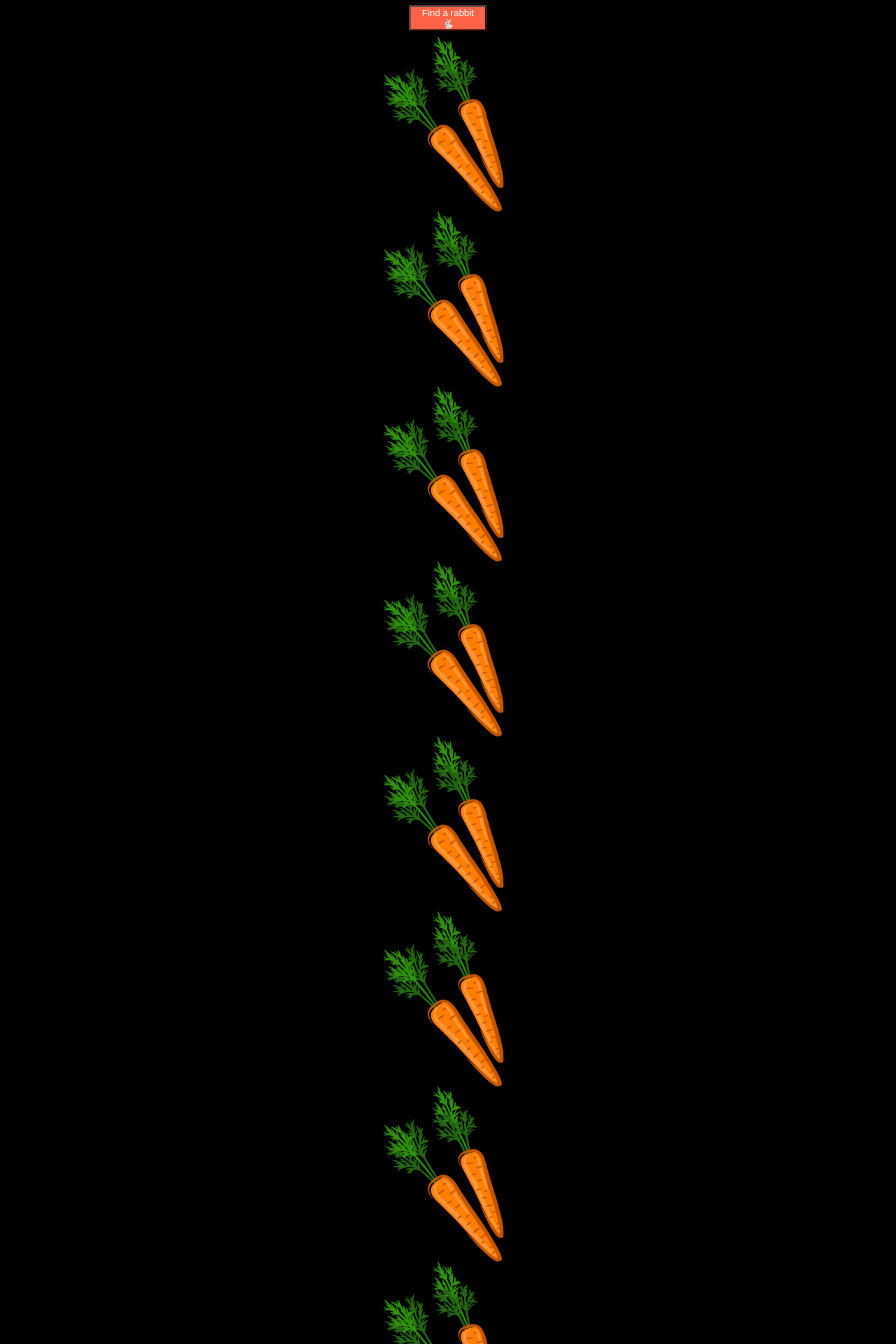
Repository: dhchun1203/browser-practice-works-
Page: rabbits/index.html
These files come from the project's save history. The page is drawn as it stood at one moment and after the next save; the edit follows.
The browser window is 1280 px wide. The pictures show the part of the page from y = 0 to 1920 px (the page is 8809 px tall before and 8891 px after), at 70% of full size.

Above is the page before, as saved 2021-01-04 12:46:42.

### rabbits/index.html
<!DOCTYPE html>
<html lang="en">
	<head>
		<meta charset="UTF-8" />
		<meta name="viewport" content="width=device-width, initial-scale=1.0" />
		<title>Scroll</title>
		<style>
			body {
				background-color: black;
				text-align: center;
			}
			button {
				width: 110px;
				margin-bottom: 8px;
				background-color: tomato;
				outline: none;
				color: white;
			}
			img {
				margin: auto;
				display: block;
			}
		</style>
	</head>
	<body>
		<button class="findBtn">Find a rabbit 🐇</button>
		<img src="img/carrot.png" alt="carrot" />
		<img src="img/carrot.png" alt="carrot" />
		<img src="img/carrot.png" alt="carrot" />
		<img src="img/carrot.png" alt="carrot" />
		<img src="img/carrot.png" alt="carrot" />
		<img src="img/carrot.png" alt="carrot" />
		<img src="img/carrot.png" alt="carrot" />
		<img src="img/carrot.png" alt="carrot" />
		<img src="img/carrot.png" alt="carrot" />
		<img src="img/carrot.png" alt="carrot" />
		<img src="img/carrot.png" alt="carrot" />
		<img src="img/carrot.png" alt="carrot" />
		<img src="img/carrot.png" alt="carrot" />
		<img src="img/carrot.png" alt="carrot" />
		<img src="img/carrot.png" alt="carrot" />
		<img src="img/carrot.png" alt="carrot" />
		<img src="img/carrot.png" alt="carrot" />
		<img src="img/carrot.png" alt="carrot" />
		<img src="img/carrot.png" alt="carrot" />
		<img src="img/carrot.png" alt="carrot" />
		<img src="img/carrot.png" alt="carrot" />
		<img src="img/carrot.png" alt="carrot" />
		<img id="rabbit" src="img/rabbit.png" alt="rabbit" />
		<img src="img/carrot.png" alt="carrot" />
		<img src="img/carrot.png" alt="carrot" />
		<img src="img/carrot.png" alt="carrot" />
		<img src="img/carrot.png" alt="carrot" />
		<img src="img/carrot.png" alt="carrot" />
		<img src="img/carrot.png" alt="carrot" />
		<img src="img/carrot.png" alt="carrot" />
		<img src="img/carrot.png" alt="carrot" />
		<img src="img/carrot.png" alt="carrot" />
		<img src="img/carrot.png" alt="carrot" />
		<img src="img/carrot.png" alt="carrot" />
		<img src="img/carrot.png" alt="carrot" />
		<script>
			const findBtn = document.querySelector(".findBtn");
			const rabbit = document.querySelector("#rabbit");
			findBtn.addEventListener("click", () => {
				rabbit.scrollIntoView({ behavior: "smooth" });
			});
		</script>
	</body>
</html>

After the next save:
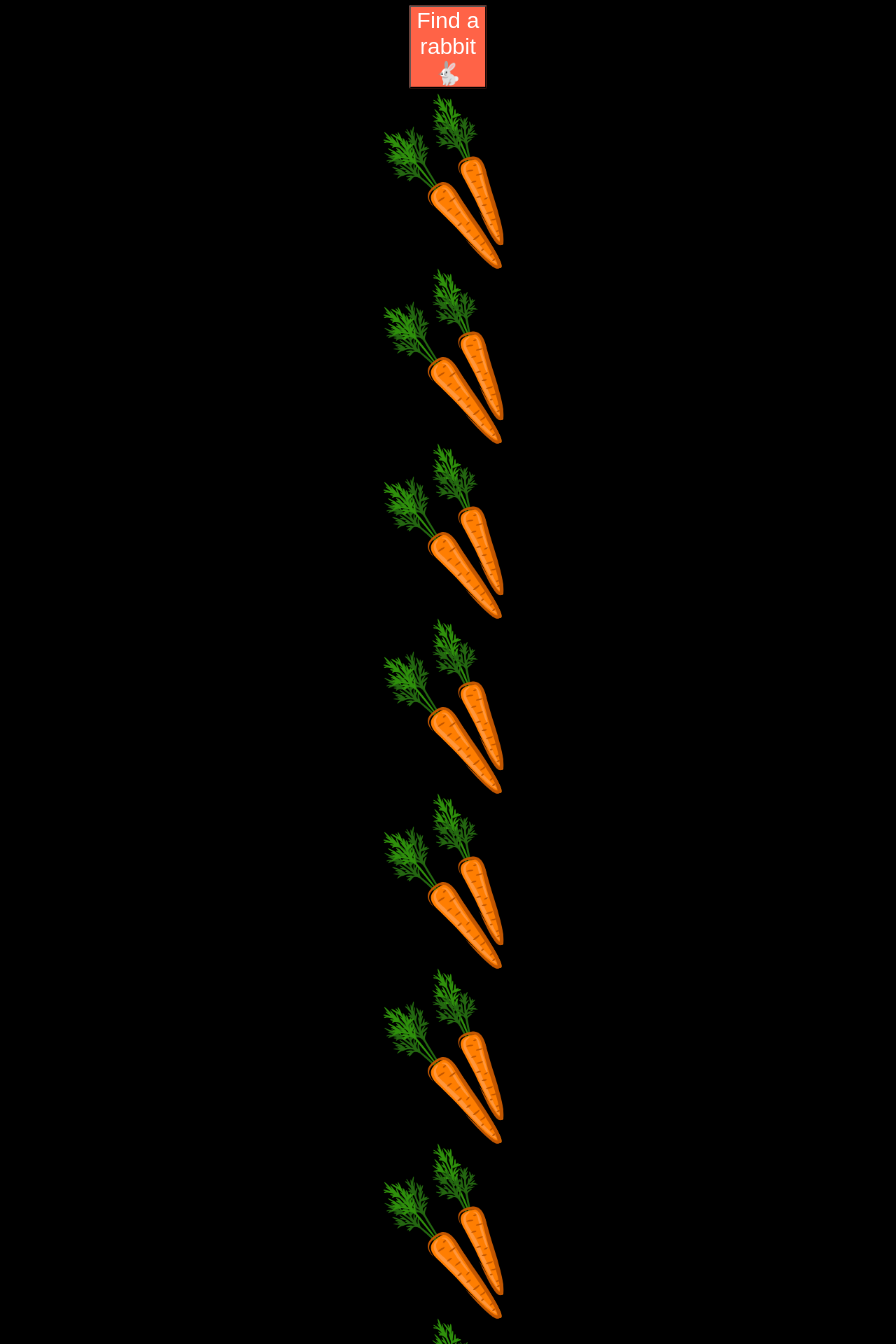
Saved 22 s later.
--- a/rabbits/index.html
+++ b/rabbits/index.html
@@ -13,6 +13,7 @@
 				width: 110px;
 				margin-bottom: 8px;
 				background-color: tomato;
+				font-size: 32px;
 				outline: none;
 				color: white;
 			}
